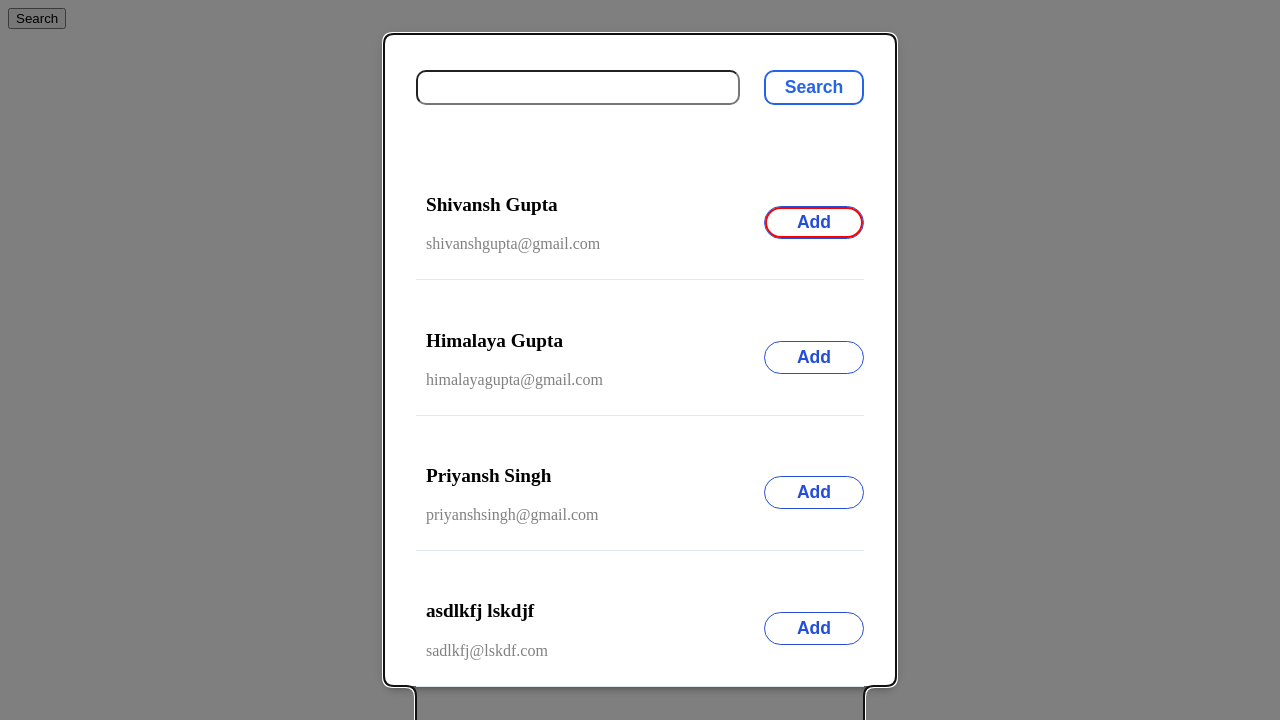
Repository: shiv0403/event-planner
Page: /, after clicking the first element matching `button`
These files come from the project's save history. The page is drawn as it stood at one moment and after the next save; the edit follows.
The browser window is 1280 px wide. The pictures show the whole page.
The pointer rests on the first visible `.sp__add > button`.
The project was rebuilt for these pictures with package versions that can differ from the ones it lists, and the page was loaded fresh each time.

Above is the page before, as saved 2021-07-27 12:06:59.

After the next save:
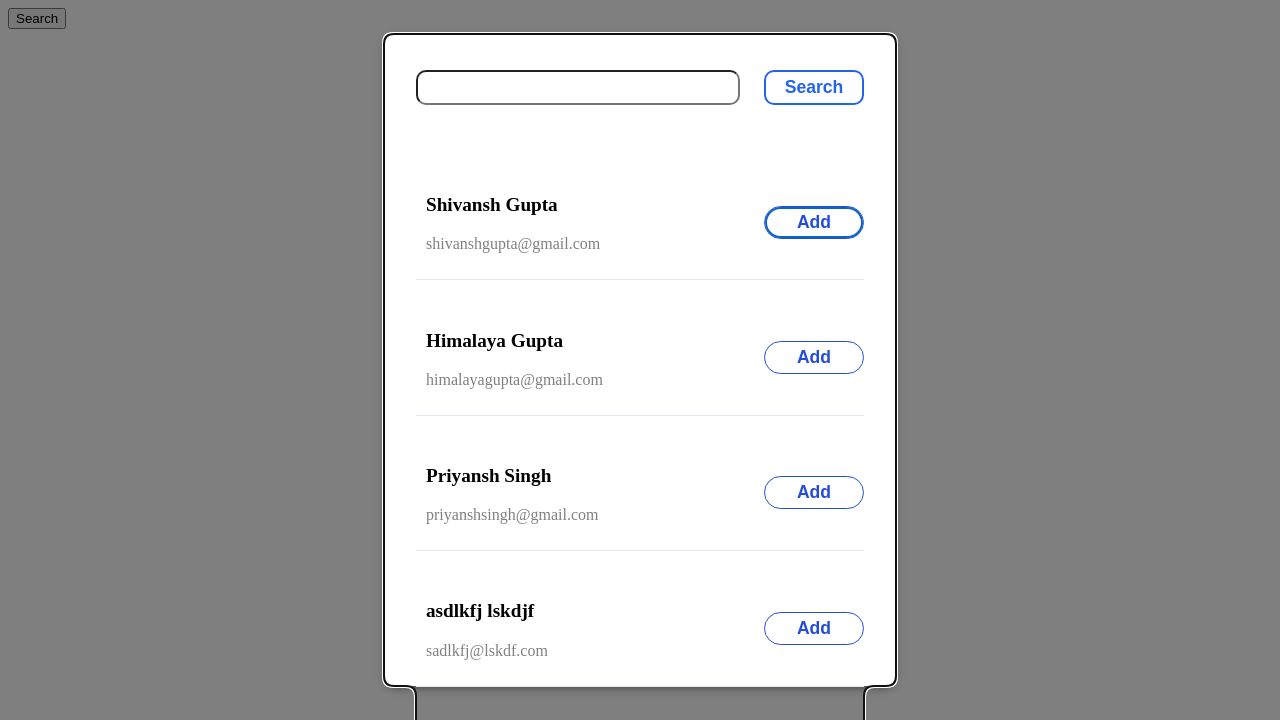
Saved 40 s later.
--- a/src/Components/SearchModal/SearchPerson.css
+++ b/src/Components/SearchModal/SearchPerson.css
@@ -40,7 +40,7 @@
 
 .sp__add > button:hover {
   /* background-color: #2563eb; */
-  box-shadow: inset 0 0 0 2px red;
+  box-shadow: inset 0 0 0 2px #0a66c2;
   -webkit-transition: all 0.1s;
 }
 
